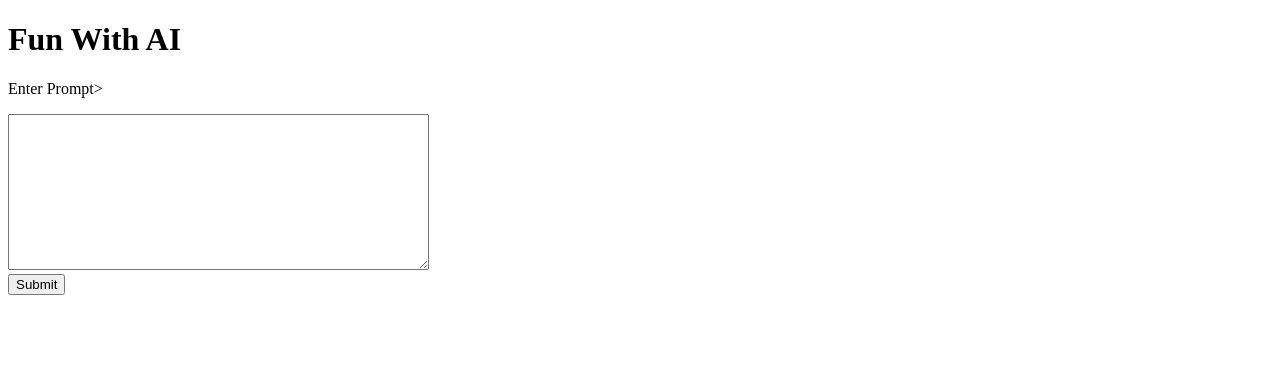
Repository: wenxi0504/open-ai-API
Page: openAI.html
An editor plug-in stored every save of this project. The page is shown before and after the next save, followed by the edit.
The browser window is 1280 px wide. The pictures show the whole page.

Above is the page before, as saved 2022-05-15 16:27:07.

### openAI.html
<!DOCTYPE html>
<html lang="en">
<head>
    <meta charset="UTF-8">
    <meta http-equiv="X-UA-Compatible" content="IE=edge">
    <meta name="viewport" content="width=device-width, initial-scale=1.0">
    <title>OpenAI-API</title>
</head>
<body>
<h1>Fun With AI</h1>
<form action="POST">
<p><label for="userprompt"> Enter Prompt</label>></p>
<textarea id="w3review" name="w3review" rows="10" cols="50"></textarea>
<br>
<input type="submit" value="Submit">
</form>

<script src="openai.js"></script>
</body>
</html>

Loaded but not shown: openai.js (no copy from this time; the picture is the same without it)

After the next save:
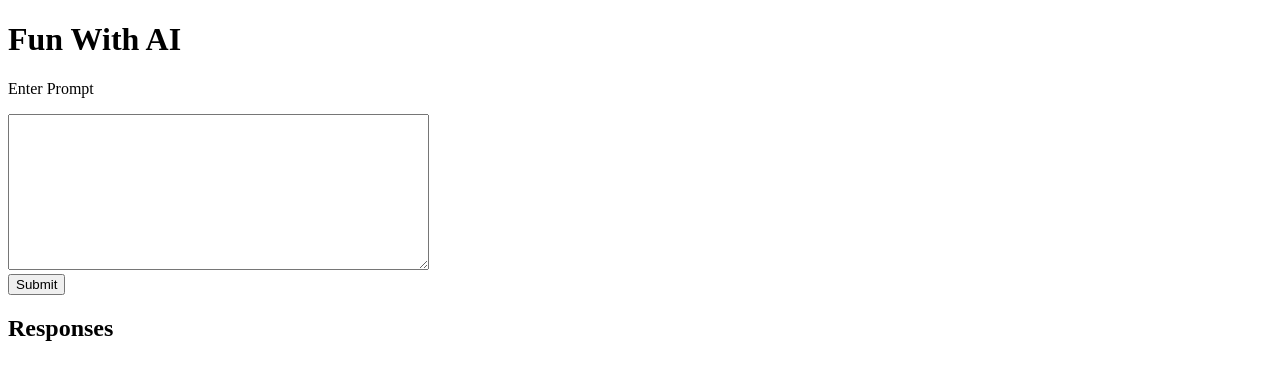
Saved 2 min 11 s later.
--- a/openAI.html
+++ b/openAI.html
@@ -9,12 +9,14 @@
 <body>
 <h1>Fun With AI</h1>
 <form action="POST">
-<p><label for="userprompt"> Enter Prompt</label>></p>
+<p><label for="userprompt"> Enter Prompt</label></p>
 <textarea id="w3review" name="w3review" rows="10" cols="50"></textarea>
 <br>
 <input type="submit" value="Submit">
 </form>
 
+<h2>Responses</h2>
+
 <script src="openai.js"></script>
 </body>
 </html>
